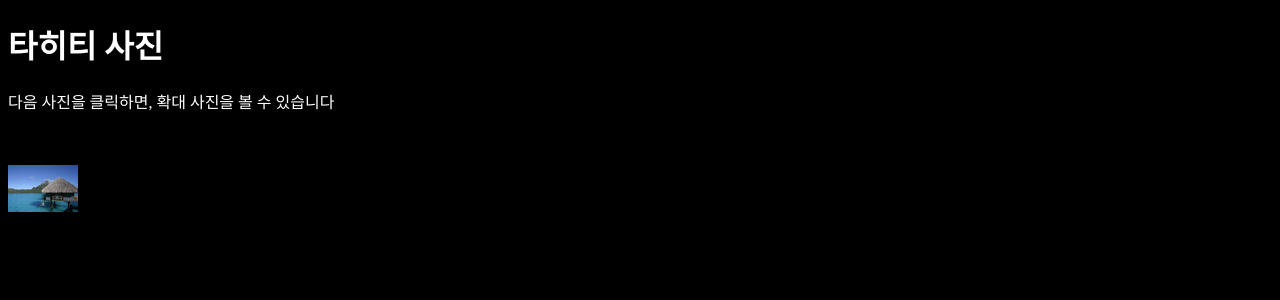
Repository: Jv2020/bitcamp
Page: html/sample03/WebContent/index02.html
The author's editor kept a copy of each file at every save. The page is drawn from the files as they stood at one save, then again after the next save.
The browser window is 1280 px wide. The pictures show the whole page.

Above is the page before, as saved 2020-01-03 01:20:49.

### html/sample03/WebContent/index02.html
<!DOCTYPE html>
<html>
<head>
<meta charset="UTF-8">
<title>Insert title here</title>
</head>
<body bgcolor="#000000" text="#ffffff">
<h1>타히티 사진</h1>
<p>다음 사진을 클릭하면, 확대 사진을 볼 수 있습니다</p><br><br>

<a href="./images/tahiti01.jpg" target="photo">
	<img alt="" src="./images/tahiti01s.jpg">
</a>
</body>
</html>

After the next save:
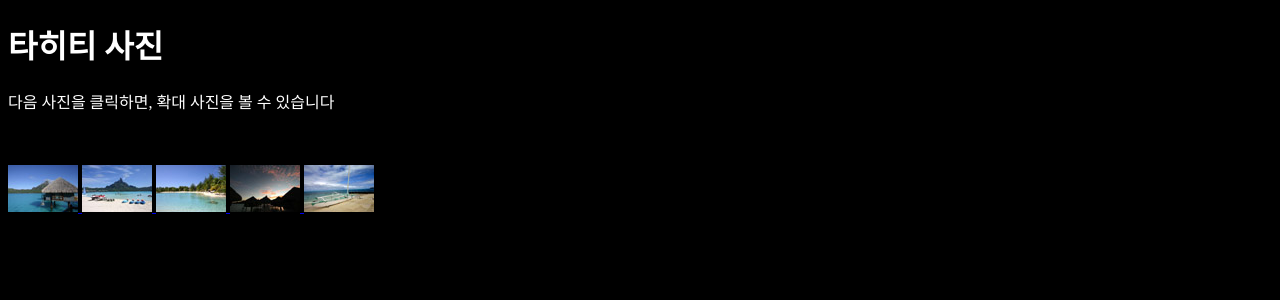
Saved 60 s later.
--- a/html/sample03/WebContent/index02.html
+++ b/html/sample03/WebContent/index02.html
@@ -11,5 +11,21 @@
 <a href="./images/tahiti01.jpg" target="photo">
 	<img alt="" src="./images/tahiti01s.jpg">
 </a>
+
+<a href="./images/tahiti02.jpg" target="photo">
+	<img alt="" src="./images/tahiti02s.jpg">
+</a>
+
+<a href="./images/tahiti03.jpg" target="photo">
+	<img alt="" src="./images/tahiti03s.jpg">
+</a>
+
+<a href="./images/tahiti04.jpg" target="photo">
+	<img alt="" src="./images/tahiti04s.jpg">
+</a>
+
+<a href="./images/tahiti05.jpg" target="photo">
+	<img alt="" src="./images/tahiti05s.jpg">
+</a>
 </body>
 </html>
